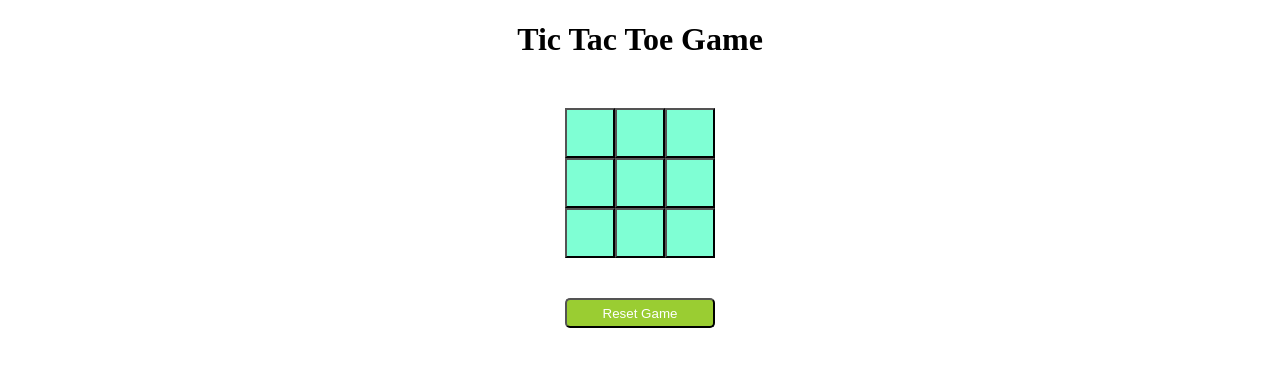
Repository: Wahid137/tic-tac-toe-game
Page: /
The author's editor kept a copy of each file at every save. The page is drawn from the files as they stood at one save, then again after the next save.
The browser window is 1280 px wide. The pictures show the whole page.
The project was rebuilt for these pictures with package versions that can differ from the ones it lists, and the page was loaded fresh each time. Also part of the build but not shown: vite.config.js, src/index.css.

Above is the page before, as saved 2023-09-18 01:49:55.

### src/App.jsx
import "./App.css";
import TicTacToeGame from "./Game/TicTacToeGame";

function App() {
  return (
    <>
      <h1>Tic Tac Toe Game</h1>
      <TicTacToeGame />
    </>
  );
}

export default App;

### src/App.css
h1{
  text-align: center;
  margin-bottom: 50px;
}
.board{
  margin:0 auto;
  width: 150px;


}
.board button{
  display: inline-block;
  vertical-align: top;
  width: 50px;
  height: 50px;
  list-style: 50px;
  font-size: 30px;
  font-weight: bold;
  cursor: pointer;
  background-color: aquamarine;
}

.reset-button{
  width: 150px;
  height: 30px;
  border-radius: 5px;
  background-color: yellowgreen;
  color: white;
}

.btn-div{
  text-align: center;
  margin-top: 40px;
}

### src/Game/TicTacToeGame.jsx
import { useState } from "react";
import "../App.css";
import Square from "./square";

const TicTacToeGame = () => {
  const [board, setBoard] = useState(Array(9).fill(null));
  const [player, setPlayer] = useState("X");
  const [gameOver, setGameOver] = useState(false);

  const handleClick = (index) => {
    console.log(board[index]);
    if (board[index] || gameOver) {
      return;
    }
    let newBoard = [...board];
    newBoard[index] = player;
    setBoard(newBoard);
    //setPlayer(player === "X" ? "O" : "X");

    let winner = calculateWinner(newBoard);
  };

  const resetGameHandler = () => {
    setBoard(Array(9).fill(null));
    setPlayer("X");
    setGameOver(false);
  };

  return (
    <>
      <div className="board">
        {board.map((item, index) => {
          return (
            <Square
              clickBtn={handleClick}
              key={index}
              value={item}
              index={index}
            />
          );
        })}
      </div>
      <div className="btn-div">
        <button className="reset-button" onClick={resetGameHandler}>
          Reset Game
        </button>
      </div>
    </>
  );
};

export default TicTacToeGame;

### src/Game/square.jsx
const Square = ({ value, clickBtn, index }) => {
  return (
    <>
      <button onClick={() => clickBtn(index)}>{value}</button>
    </>
  );
};

export default Square;

Loaded but not shown: index.html (common file); src/main.jsx (common file)

After the next save:
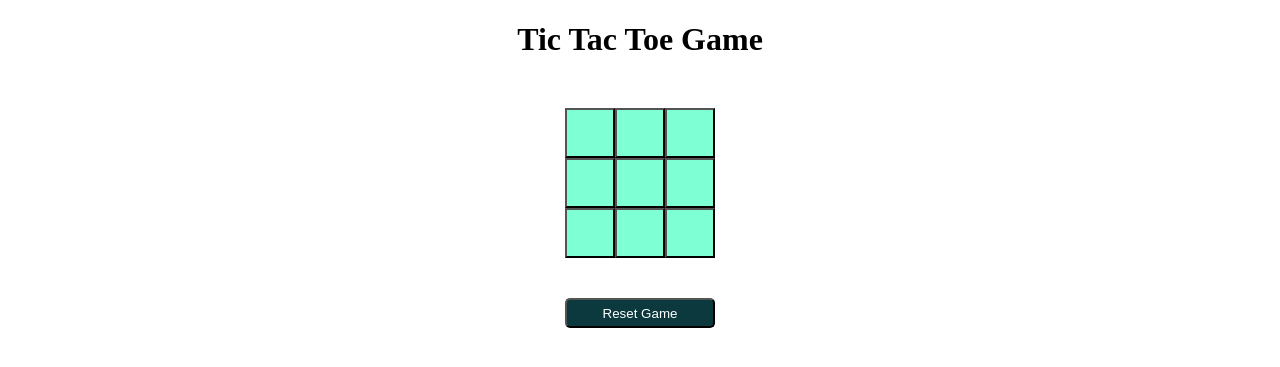
Saved 19 s later.
--- a/src/App.css
+++ b/src/App.css
@@ -24,7 +24,7 @@ h1{
   width: 150px;
   height: 30px;
   border-radius: 5px;
-  background-color: yellowgreen;
+  background-color: rgb(12, 57, 61);
   color: white;
 }
 
